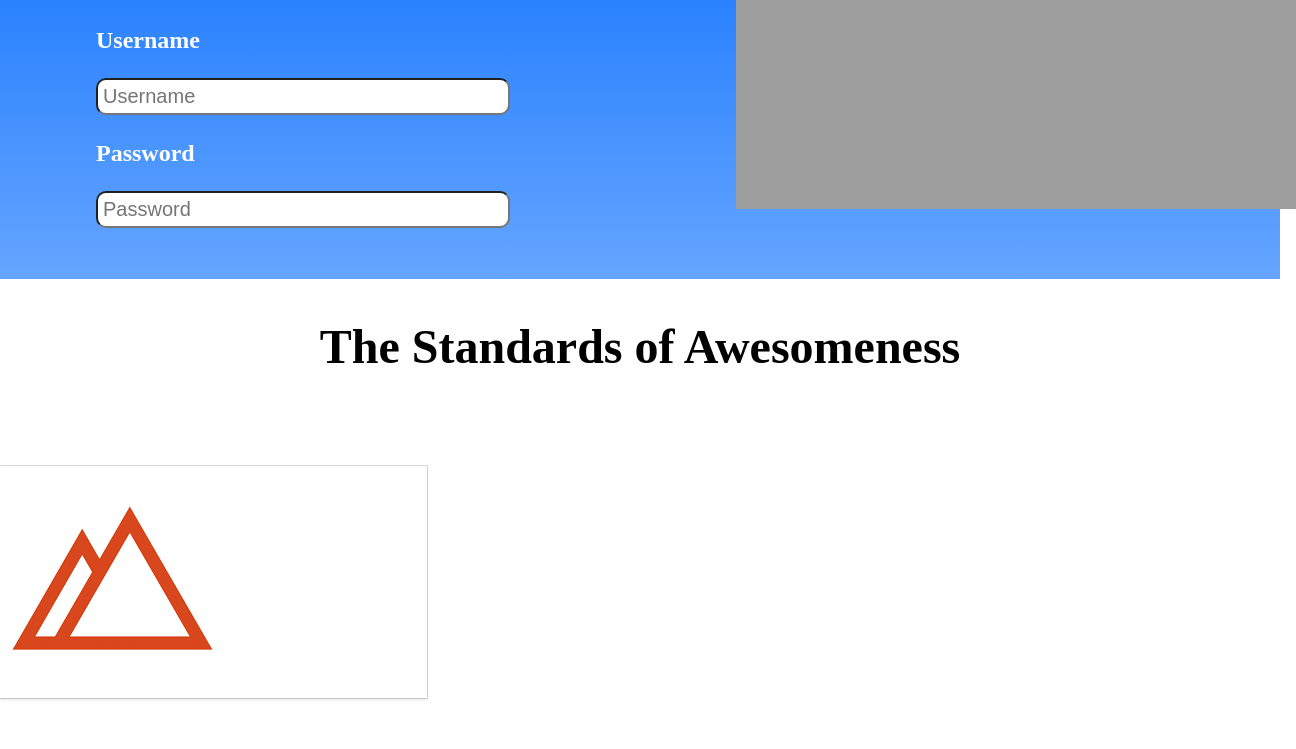
Repository: jesar-enl/My-CSS-Website
Page: index.html
The author's editor kept a copy of each file at every save. The page is drawn from the files as they stood at one save, then again after a run of saves.
The browser window is 1280 px wide. The page is 1296 px wide, so the pictures cover 1296 px, including what lies to the right of the window. The pictures show the part of the page from y = 221 to 1145 px (the page is 970 px tall before and 1145 px after).
Pictures or frames that could not be fetched are drawn as grey boxes.

Above is the page before, as saved 2022-07-27 12:43:16.

### index.html
<!DOCTYPE html>
<html lang="en">
  <head>
    <meta charset="UTF-8" />
    <meta http-equiv="X-UA-Compatible" content="IE=edge" />
    <meta name="viewport" content="width=device-width, initial-scale=1.0" />
    <title>My CSS website</title>
    <link rel="stylesheet" href="style.css" />
  </head>
  <body>
    <nav>
      <ul class="topnav" id="dropdownClick">
        <li><a href="#home">Home</a></li>
        <li><a href="#contact">Contact</a></li>
        <li><a href="#news">News</a></li>
        <li><a href="#about">About</a></li>
        <li class="topnav-right"><a href="#signup">SignUp</a></li>
        <li class="topnav-right"><a href="#login">LogIn</a></li>

        <!--
          This unicode is called 'Trigram for Heaven'.
          It can be used to hide the menu when we shrink the screen to a mobile sized.

          Thousands of unicode characters can be accessed from the unicode table 'https://unicode-table.com/en/'
        -->

        <li class="dropdown">
          <!--
            Having the href like this is to inform the browser
            that perform this link as a javascript command,
            heading to nowhere. Stay around this page.
          -->

          <a href="javascript:void(0);" onclick="handleClick()">&#9776;</a>
        </li>
      </ul>
    </nav>

    <div class="container" id="section-1-gradient">
      <div class="row">
        <div class="col-6">
          <div class="leftSideCol">
            <h1 class="large">Crazy Radness</h1>
            <h1 class="large">Made for Developers</h1>
          </div>
          <form action="">
            <div class="leftSideCol">
              <h2>Username</h2>
              <input
                type="text"
                class="inputbox"
                placeholder="Username"
                name="username"
              />
              <h2>Password</h2>
              <input type="password" name="password" placeholder="Password" />
            </div>
          </form>
        </div>
        <div class="col-6">
          <div class="rightSideCol videoContainer">
            <iframe
              width="560"
              height="315"
              src="https://www.youtube.com/embed/ZxKM3DCV2kE"
              title="YouTube video player"
              frameborder="0"
              allow="accelerometer; autoplay; clipboard-write; encrypted-media; gyroscope; picture-in-picture"
              allowfullscreen
            ></iframe>
          </div>
        </div>
      </div>
    </div>

    <header>
      <h1 class="section-2-header">The Standards of Awesomeness</h1>
    </header>

    <div class="container">
      <div class="row">
        <div class="col-4">
          <div class="box">
            <div>
              <img class="dev" src="devslopes.png" alt="dev icon" />
            </div>
          </div>
        </div>
      </div>
    </div>
    <script src="index.js"></script>
  </body>
</html>

### style.css
/* ########## Defaults ########### */

nav,
header,
footer {
  display: block;
}

body {
  line-height: 1.5;
  margin: 0;
}

.container {
  width: 100%;
  margin: auto;
  padding-top: 4%;
  padding-bottom: 4%;
}

.row {
  width: 100%;
  display: flex;
  flex-wrap: wrap;
  align-items: center;
}

.row::after {
  display: table;
  clear: both;
  content: '';
}

.col-1 {
  width: 8.33%;
}
.col-2 {
  width: 16.66%;
}
.col-3 {
  width: 25%;
}
.col-4 {
  width: 33.33%;
}
.col-5 {
  width: 41.66%;
}
.col-6 {
  width: 50%;
}
.col-7 {
  width: 58.33%;
}
.col-8 {
  width: 66.66%;
}
.col-9 {
  width: 75%;
}
.col-10 {
  width: 83.33%;
}
.col-11 {
  width: 91.66%;
}
.col-12 {
  width: 100%;
}

/* ######### Navigation Bar ######## */

nav {
  width: 100%;
  margin: 0;
}

nav ul {
  background-color: #eee;
  overflow: hidden;
  margin: 0;
  padding: 0;
}
/* the list-style removes the bullet points from the list items */
ul.topnav li {
  list-style: none;
  float: left;
}

ul.topnav li.topnav-right {
  float: right;
}

ul.topnav li a {
  display: block;
  text-decoration: none;
  min-height: 1.5rem;
  text-align: center;
  padding: 14px;
  text-transform: uppercase;
  color: #665;
}

ul.topnav li a:hover {
  background-color: #7ab6f3;
  color: #fff;
}

.dropdown {
  display: none;
}

/* #################### Custom styles ################## */

#section-1-gradient {
  background: #076dff;
  background: -webkit-gradient(#076dff, #65a5ff);
  background: -o-linear-gradient(#076dff, #65a5ff);
  background: -moz-linear-gradient(#076dff, #65a5ff);
  background: linear-gradient(#076dff, #65a5ff);
}

.box {
  background-color: #fff;
  /*
    The "box-shadow" syntax is as follows:

    box-shadow: horizontal-length vertical-length blur-radius spread-radius rgba(r, g, b, opacity);
  */
  box-shadow: 0 0 0 1px rgba(0, 0, 0, 0.15), 0 2px 3px 0 rgba(0, 0, 0, 0.1);
}

.leftSideCol {
  margin-left: 15%;
}

.rightSideCol {
  margin-left: 15%;
}

.large {
  color: #fff;
  font-size: 2.2rem;
  margin: 0;
  line-height: 1.7;
}

.section-2-header {
  font-size: 3rem;
  text-align: center;
}

input[type='text'] {
  font-size: 20px;
  width: 400px;
  min-width: 100px;
  padding: 5px;
  border-radius: 10px;
}

form h2 {
  color: #fff;
}

input[type='password'] {
  font-size: 20px;
  width: 400px;
  padding: 5px;
  min-width: 100px;
  border-radius: 10px;
}

/* ############ Media Query ########### */

@media screen and (max-width: 680px) {
  /*
    This tells the browser to hide all the list
    elements of the nav bar except the first one.
  */

  ul.topnav li:not(:nth-child(1)) {
    display: none;
  }

  ul.topnav li.dropdown {
    display: block;
    float: right;
  }

  ul.topnav.responsive li.dropdown {
    position: absolute;
    top: 0;
    right: 0;
  }

  ul.topnav.responsive {
    position: relative;
  }

  /* Places the list items in a row manner. */
  ul.topnav.responsive li {
    display: inline;
    float: none;
  }

  ul.topnav.responsive li a {
    /* displays the items in a manner of stacking on top of each other. */
    display: block;
    text-align: left;
  }

  .col-6 {
    width: 100%;
    margin: 0;
  }

  .rightSideCol {
    margin-top: 5%;
  }

  .videoContainer iframe {
    position: relative;
    width: 100%;
    margin: 0;
    overflow: hidden;
  }

  leftSideCol,
  rightSideCol {
    margin: 15px;
  }

  input[type='text'] {
    width: 300px;
  }

  input[type='password'] {
    width: 300px;
  }
}

@media screen and (max-width: 890px) {
  /*
    This tells the browser to hide all the list
    elements of the nav bar except the first one.
  */

  ul.topnav li:not(:nth-child(1)) {
    display: none;
  }

  ul.topnav li.dropdown {
    display: block;
    float: right;
  }

  ul.topnav.responsive li.dropdown {
    position: absolute;
    top: 0;
    right: 0;
  }

  ul.topnav.responsive {
    position: relative;
  }

  /* Places the list items in a row manner. */
  ul.topnav.responsive li {
    display: inline;
    float: none;
  }

  ul.topnav.responsive li a {
    /* displays the items in a manner of stacking on top of each other. */
    display: block;
    text-align: left;
  }

  .col-6 {
    width: 100%;
    margin: 0;
  }

  .rightSideCol {
    margin-top: 5%;
    max-width: 300px;
  }

  .videoContainer iframe {
    position: relative;
    width: 100%;
  }
}

### index.js
function handleClick() {
  var list = document.getElementById('dropdownClick');
  if (list.className === 'topnav') {
    list.className += ' responsive';
    // change topnav to topnav.responsive
  } else {
    list.className = 'topnav';
  }
}

After the next 4 saves:
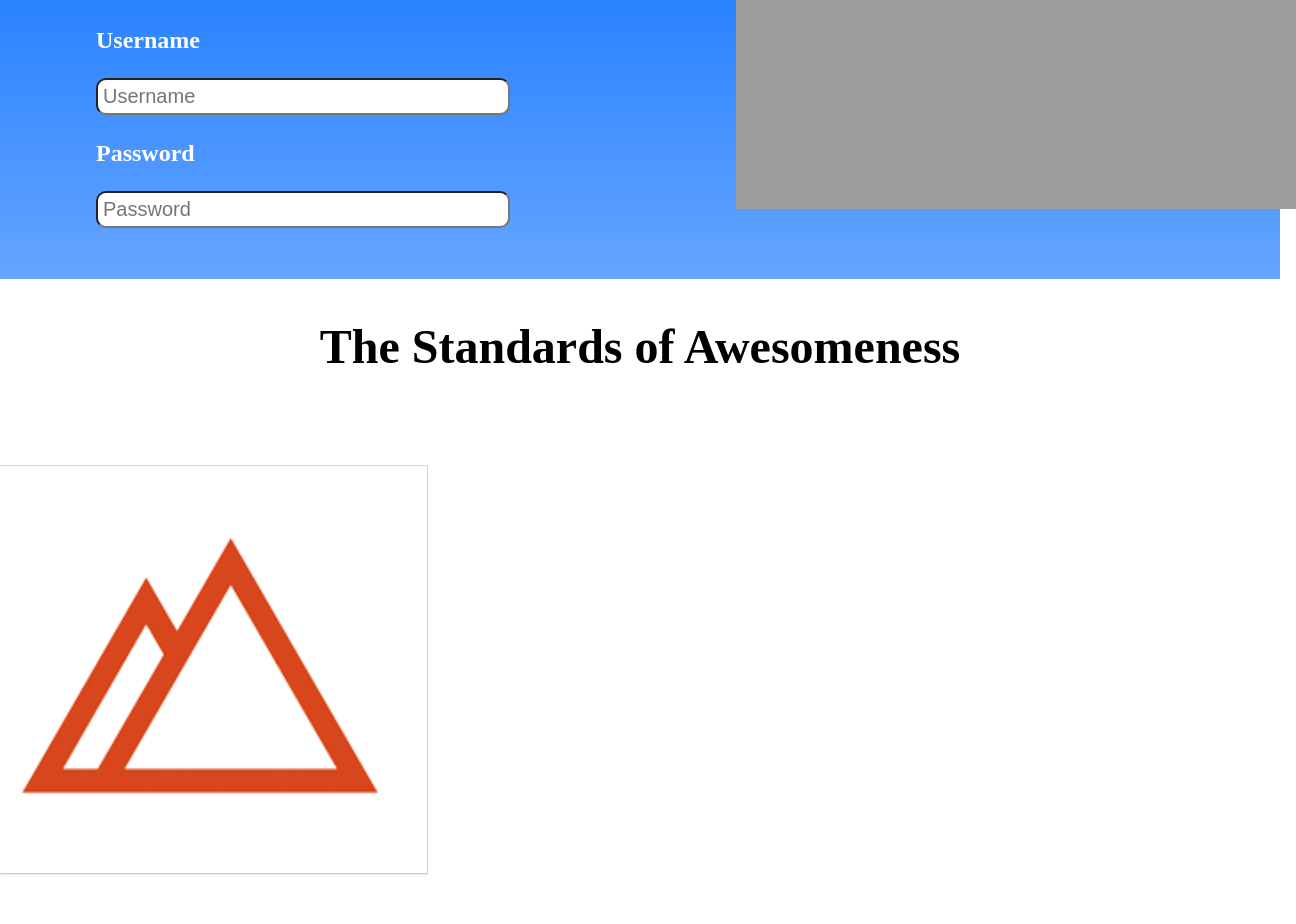
The 4 saves are shown as one change because they came seconds apart.
The last was saved 27 s later.
--- a/style.css
+++ b/style.css
@@ -170,6 +170,10 @@ input[type='password'] {
   border-radius: 10px;
 }
 
+.dev {
+  width: 400px;
+}
+
 /* ############ Media Query ########### */
 
 @media screen and (max-width: 680px) {
